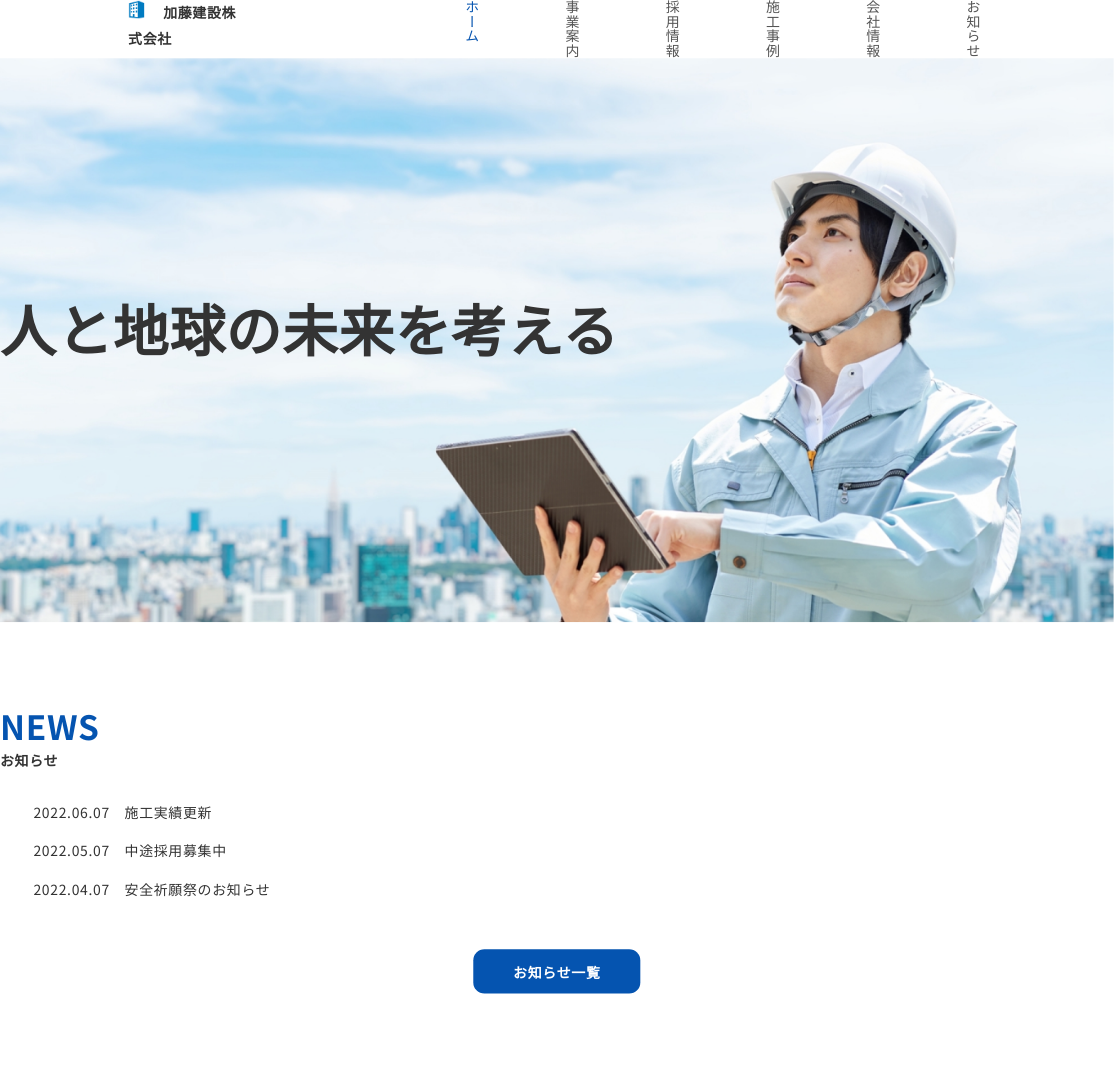
Repository: nozomi-23/hp1_test
Page: index.html
These files come from the project's save history. The page is drawn as it stood at one moment and after a run of saves; the edit follows.
The browser window is 1280 px wide. The pictures show the whole page, at 87% of full size.

Above is the page before, as saved 2022-06-12 11:21:50.

After the next 3 saves:
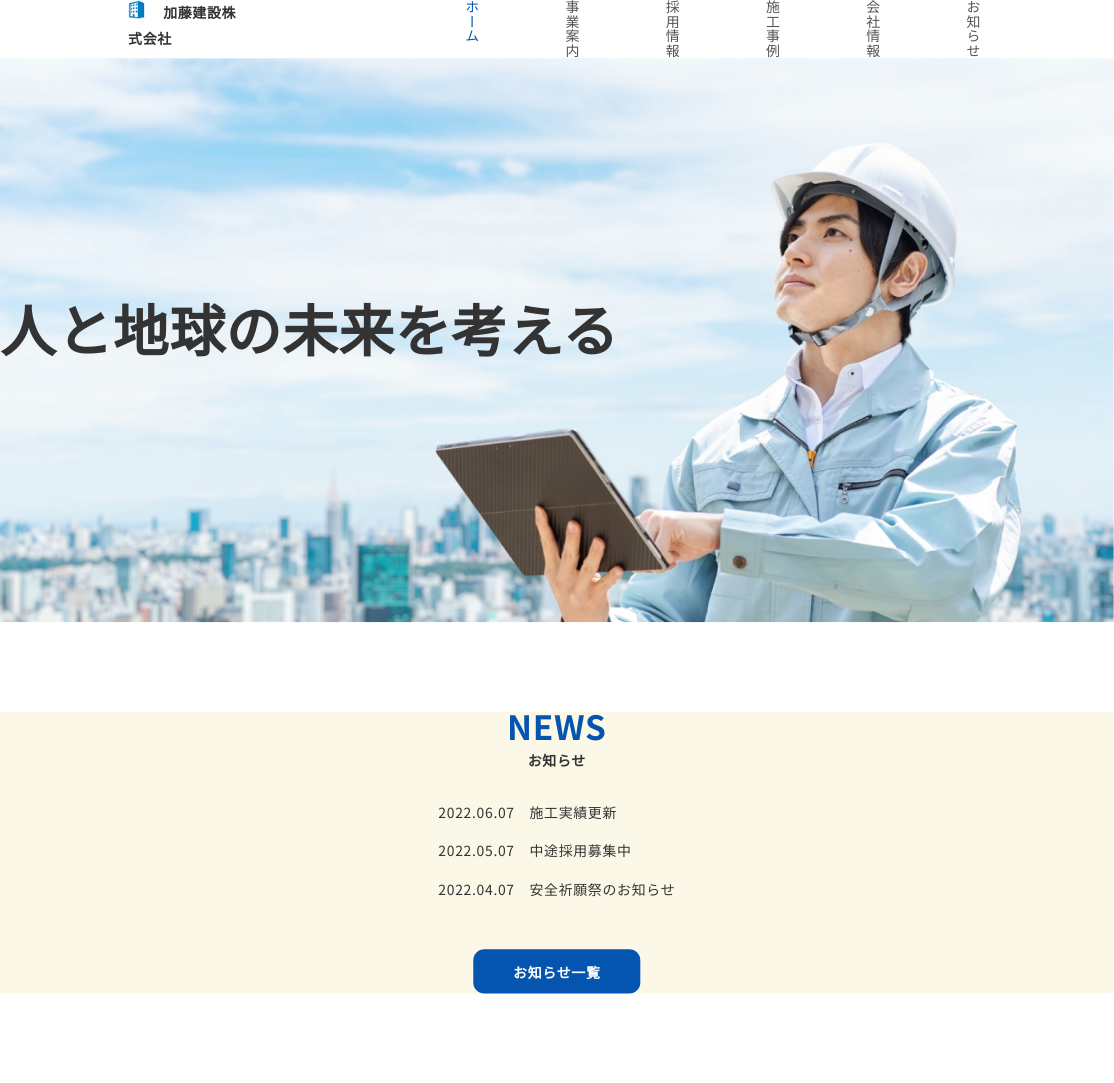
The 3 saves are shown as one change because they came seconds apart.
The last was saved 8 s later.
--- a/css/index.css
+++ b/css/index.css
@@ -59,11 +59,12 @@ main_view
 /* =================
 news
 ===================*/
-.section
+.section {
+  background-color: #FCF8E8;
+}
 .news {
   text-align: center;
   display: block;
-  background-color: #FCF8E8;
 }
 
 .news_list {
